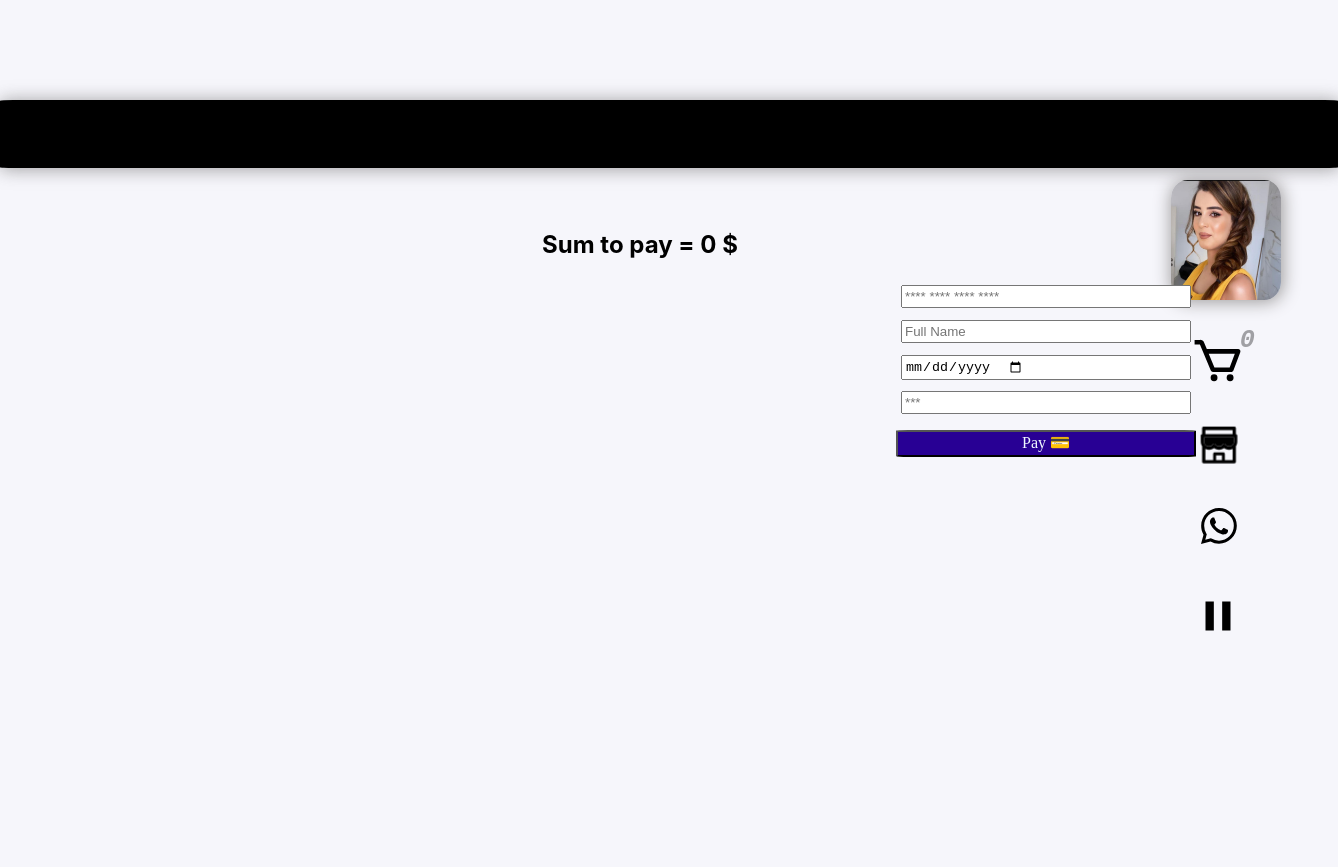
Repository: rehamAbass/BeautyCareShop
Page: /, after clicking the first element matching `svg.cartIcon`
The author's editor kept a copy of each file at every save. The page is drawn from the files as they stood at one save, then again after the next save.
The browser window is 1280 px wide. The page is 1338 px wide, so the pictures cover 1338 px, including what lies to the right of the window. The pictures show the whole page.
The page's requests for data from a server got no answer. Some web fonts or font styles are not loaded; a fallback is used. The project was rebuilt for these pictures with package versions that can differ from the ones it lists, and the page was loaded fresh each time. No one was signed in, and anything a server would have sent is missing. Also part of the build but not shown: src/components/allProducts/card-list.css, src/components/allProducts/prod/card.css, src/components/allProducts/prod/card.component.jsx, src/components/search-box/search-box.css, src/components/myCart/cartProduct/cartProduct.css, src/components/myCart/cartProduct/cartProduct.jsx. Imported but missing from the stored project, and not drawn on this page: src/components/header/music/ed.mp3.

Above is the page before, as saved 2022-06-08 17:32:57.

After the next save:
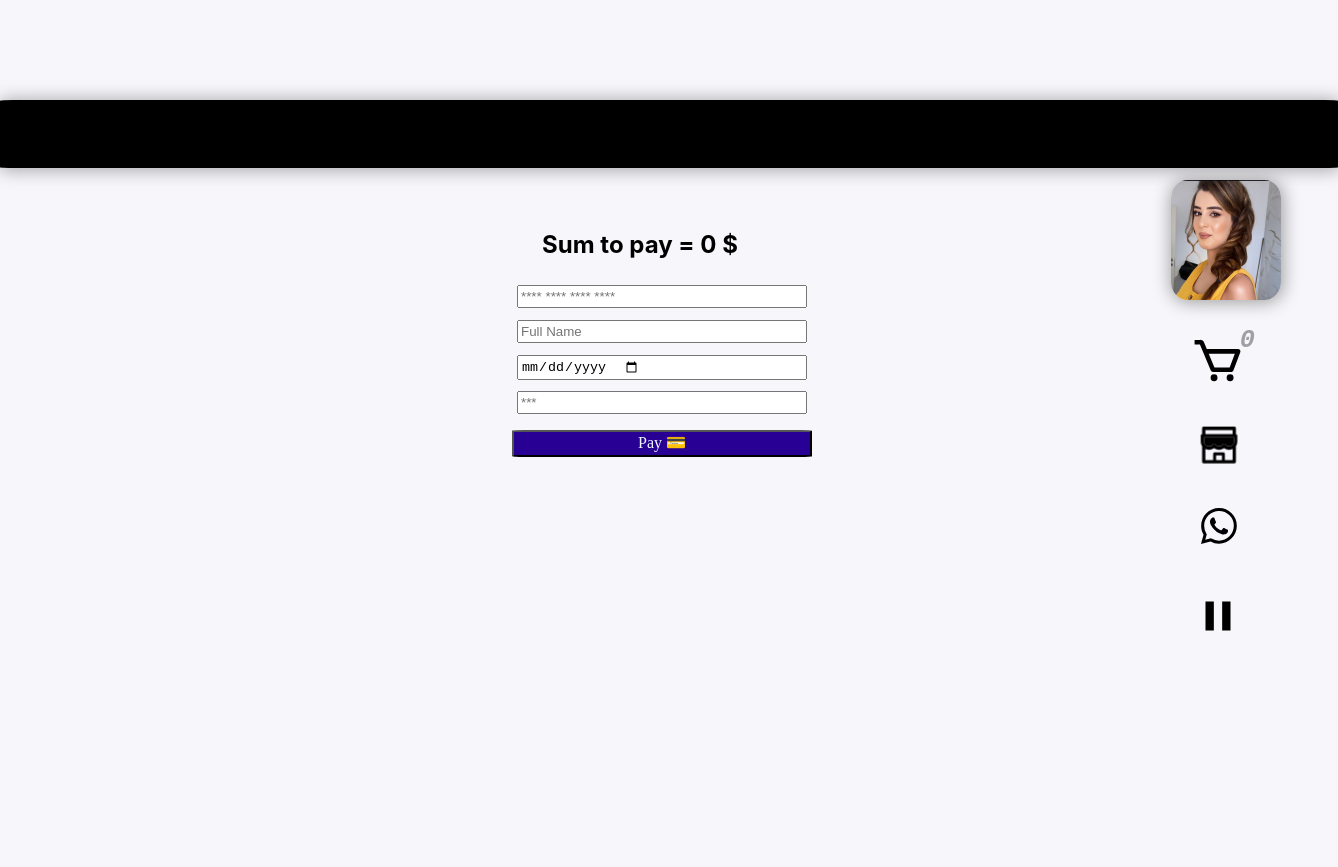
Saved 43 s later.
--- a/src/components/myCart/Payment/Pay.css
+++ b/src/components/myCart/Payment/Pay.css
@@ -9,7 +9,7 @@
     margin-top: 200px;
 }
 #cc-form{
-    margin-left: 70%;
+    margin-left: 40%;
     width: 300px;
     /* flex-direction: row; */
     align-items: center;
